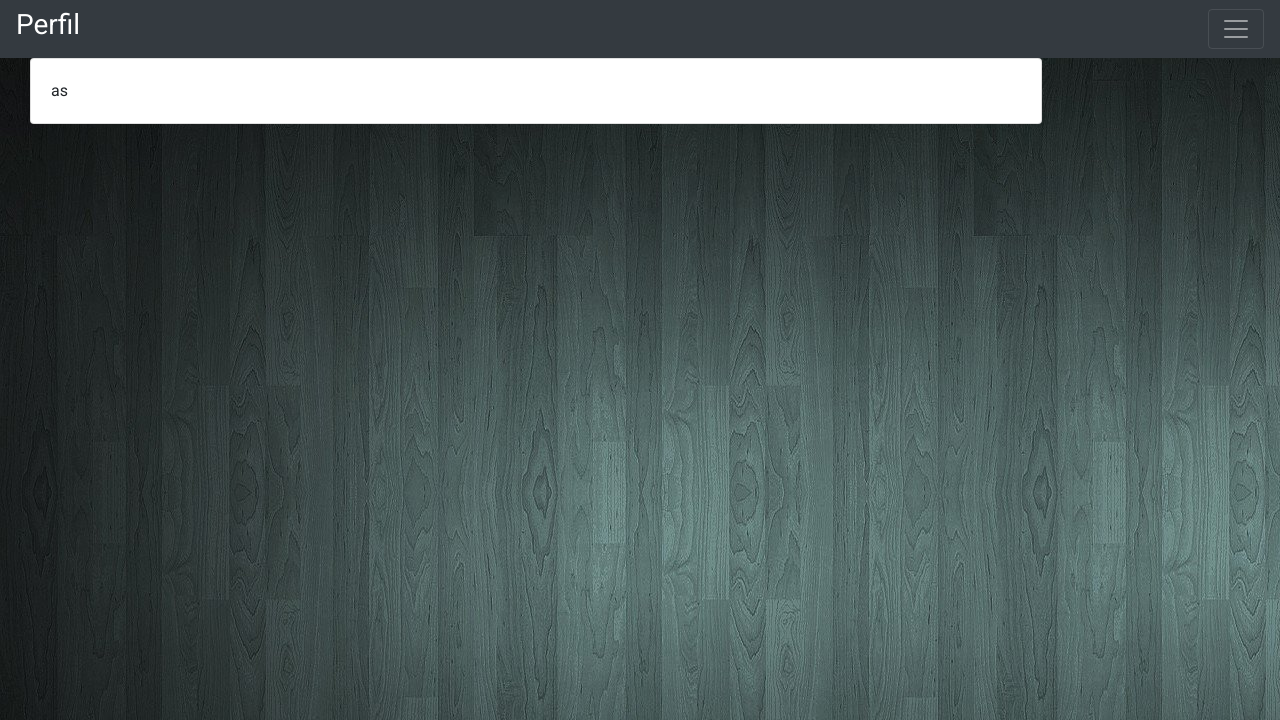
Repository: UncEmerson/UncEmerson
Page: index.html
An editor plug-in stored every save of this project. The page is shown before and after the next save, followed by the edit.
The browser window is 1280 px wide. The pictures show the whole page.

Above is the page before, as saved 2019-06-12 00:37:38.

### index.html
<!DOCTYPE html>
<html lang="en">

<head>
    <meta charset="UTF-8">
    <meta name="viewport" content="width=device-width, initial-scale=1.0">
    <meta http-equiv="X-UA-Compatible" content="ie=edge">
    <title>Inicio</title>

    <link rel="stylesheet" href="bower_components/bootstrap/css/bootstrap.min.css">
    <link href="https://fonts.googleapis.com/css?family=Roboto&display=swap" rel="stylesheet">
    <link href="https://fonts.googleapis.com/icon?family=Material+Icons" rel="stylesheet">
    <link rel="stylesheet" href="style.css">

</head>

<body class="fondo1">
    <header>
        <div class="pos-f-t">
            <div class="collapse" id="navbarToggleExternalContent">
                <div class="bg-dark p-4">
                    <div class="col-md-12">
                        <div class="row  text-white text-center">
                            <div class="col-md-8">
                                <div class="row">
                                    <div class="col-md-4">
                                        <div class="card-transparent">
                                            <a href="" class="btn text-white">
                                                <i class="medium material-icons">person</i><br> Perfil
                                            </a>
                                        </div>
                                    </div>
                                    <div class="col-md-4">
                                        <div class="card-transparent">
                                            <a href="" class="btn text-white">
                                                <i class="medium material-icons">people</i><br> Contactos
                                            </a>
                                        </div>
                                    </div>
                                    <div class="col-md-4">
                                        <div class="card-transparent">
                                            <a href="" class="btn text-white">
                                                <i class="medium material-icons">burst_mode</i><br> Lugares Turísticos
                                            </a>
                                        </div>
                                    </div>
                                </div>
                            </div>
                            <div class="col-md-4">
                                <div class="card-transparent">
                                    <div class="card-body">
                                        social
                                    </div>
                                </div>
                            </div>
                        </div>
                    </div>
                </div>
            </div>
            <nav class="navbar navbar-dark bg-dark ">
                <h3 class="text-white">Perfil</h3>
                <button class="navbar-toggler" type="button" data-toggle="collapse" data-target="#navbarToggleExternalContent" aria-controls="navbarToggleExternalContent" aria-expanded="false" aria-label="Toggle navigation">
                        <span class="navbar-toggler-icon"></span>
                      </button>
            </nav>
        </div>
    </header>

    <section class="col-md-12 justify-content-center align-content-center">
        <article class="col-md-10">
            <article class="card">
                <article class="card-body">
                    as
                </article>
            </article>
        </article>
    </section>


</body>
<script src="bower_components/jquery/dist/jquery.slim.min.js"></script>
<script src="bower_components/bootstrap/js/bootstrap.min.js"></script>

</html>

### style.css
* {
    font-family: 'Roboto', sans-serif;
}

.fondo1 {
    background: url(images/fondo1.jpg)
}

.medium {
    font-size: 4rem
}

Loaded but not shown: bower_components/bootstrap/css/bootstrap.min.css (library); bower_components/jquery/dist/jquery.slim.min.js (library); bower_components/bootstrap/js/bootstrap.min.js (library)

After the next save:
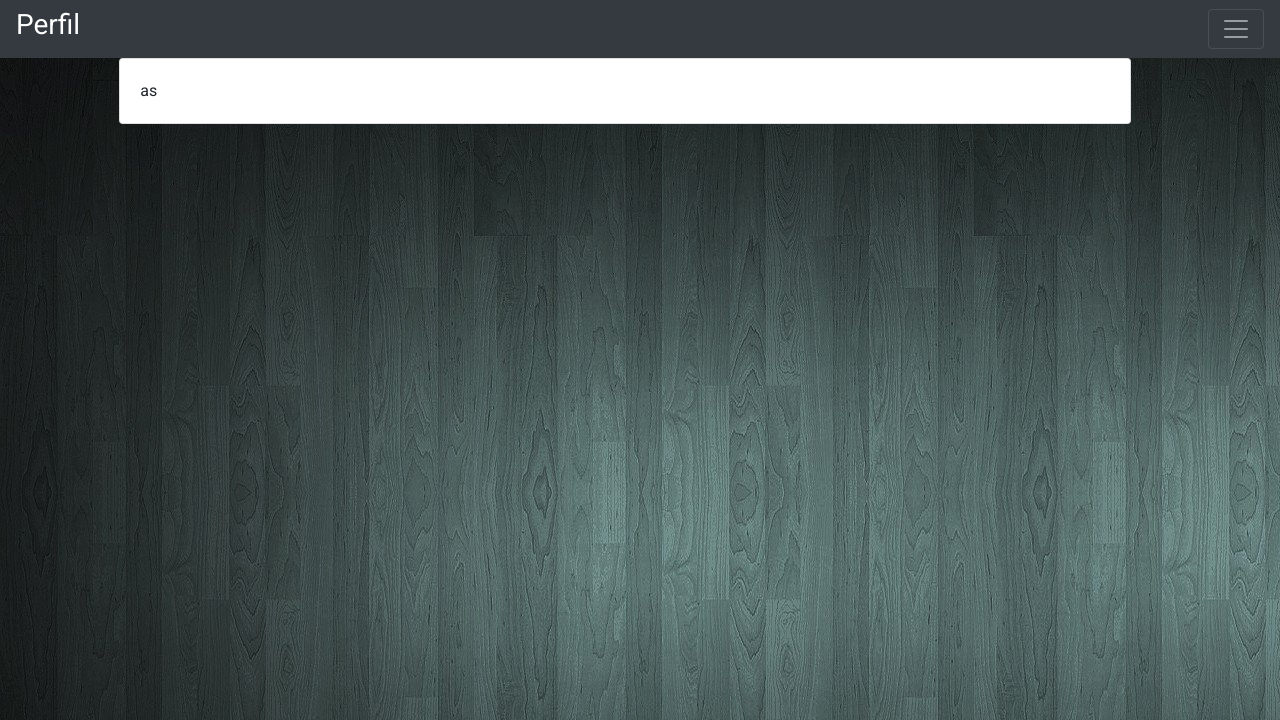
Saved 11 s later.
--- a/index.html
+++ b/index.html
@@ -66,7 +66,7 @@
         </div>
     </header>
 
-    <section class="col-md-12 justify-content-center align-content-center">
+    <section class="col-md-12 row justify-content-center align-content-center">
         <article class="col-md-10">
             <article class="card">
                 <article class="card-body">
